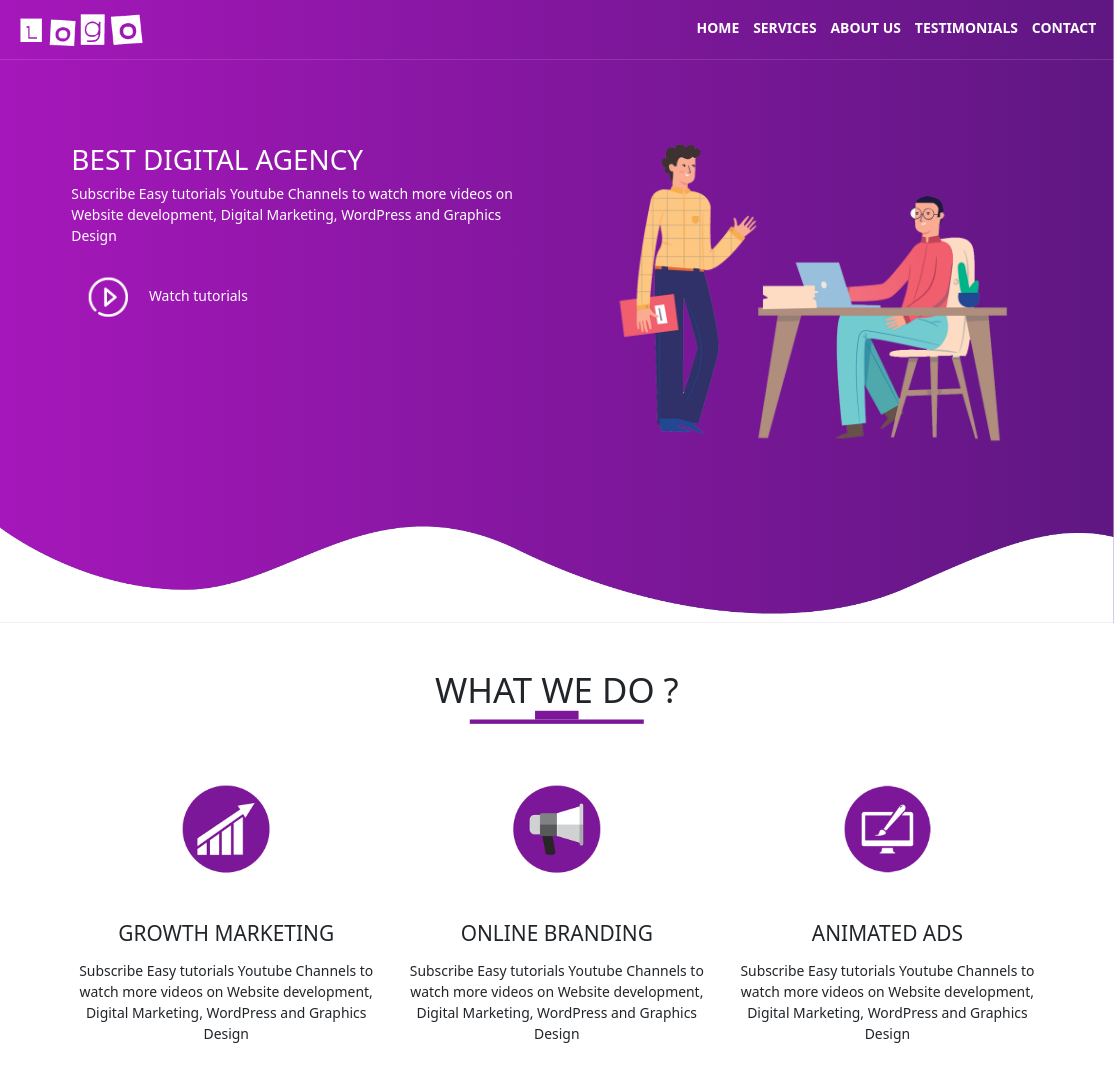
Repository: wadelfadill/Bootstrap_tache_2_website_design
Page: index.html
An editor plug-in stored every save of this project. The page is shown before and after the next save, followed by the edit.
The browser window is 1280 px wide. The pictures show the whole page, at 87% of full size.
Some web libraries are served in a nearby version.

Above is the page before, as saved 2023-04-05 16:47:19.

### index.html
<!DOCTYPE html>
<html lang="en">
<head>
    <meta charset="UTF-8">
    <meta http-equiv="X-UA-Compatible" content="IE=edge">
    <meta name="viewport" content="width=device-width, initial-scale=1.0">
    <!-- bootstrap css link -->
    <link href="https://cdn.jsdelivr.net/npm/bootstrap@5.1.3/dist/css/bootstrap.min.css" rel="stylesheet" integrity="sha384-1BmE4kWBq78iYhFldvKuhfTAU6auU8tT94WrHftjDbrCEXSU1oBoqyl2QvZ6jIW3" crossorigin="anonymous">
    <!-- css sheet link -->
    <link rel="stylesheet" href="style.css">
    <!-- fontawsome link -->
    <link rel="stylesheet" href="https://cdn.jsdelivr.net/npm/@fortawesome/fontawesome-free@6.2.1/css/fontawesome.min.css">
    <title>bootstrap_website_design</title>
    <script src="https://kit.fontawesome.com/8f130c8a35.js" crossorigin="anonymous"></script>
</head>
<body>
    <section id="nav-bar" class="sticky-top t-0">
        <nav class="navbar navbar-expand-lg navbar-light p-0">
            <div class="container-fluid">
              <a class="navbar-brand" href="#"><img src="images/demo-logo.png" alt="" class="w-75 h-50 p-2"></a>
              <button class="navbar-toggler" type="button" data-bs-toggle="collapse" data-bs-target="#navbarSupportedContent" aria-controls="navbarSupportedContent" aria-expanded="false" aria-label="Toggle navigation">
                <span><i class="fa-solid fa-bars fs-1" style="color: #ffffff;"></i></span>
              </button>
              <div class="collapse navbar-collapse justify-content-end" id="navbarSupportedContent">
                <ul class="navbar-nav ms-auto mb-2 mb-lg-0 ">
                  <li class="nav-item pt-0 pb-1 fw-bold">
                    <a class="nav-link active text-white float-end text-start" aria-current="page" href="#">HOME</a>
                  </li>
                  <li class="nav-item pt-0 pb-1 fw-bold">
                    <a class="nav-link text-white float-end text-start" href="#">SERVICES</a>
                  </li>
                  <li class="nav-item pt-0 pb-1 fw-bold">
                    <a class="nav-link text-white float-end text-start" href="#">ABOUT US</a>
                  </li>
                  <li class="nav-item pt-0 pb-1 fw-bold">
                    <a class="nav-link text-white float-end text-start" href="#">TESTIMONIALS</a>
                  </li>
                  <li class="nav-item pt-0 pb-1 fw-bold">
                    <a class="nav-link text-white float-end text-start" href="#">CONTACT</a>
                  </li>
                </ul>
              </div>
            </div>
          </nav>
    </section>
     <!--banner section  -->
     <section id="banner" class="text-white pt-5">
      <div class="container">
        <div class="row">
          <div class="col-md-6">
            <p class="h2 mt-5">BEST DIGITAL AGENCY</p>
            <p>
              Subscribe Easy tutorials Youtube Channels to watch more videos on
              Website development, Digital Marketing, WordPress and Graphics Design
            </p>
            <a href="" class="tuto text-white text-decoration-none"><img src="images/play.png" alt="" class="play-btn"> Watch tutorials</a>
          </div>
          <div class="col-md-6 text-center">
            <img src="images/home2.png" alt="" class="img-fluid">
          </div>
        </div>
      </div>
     <img src="images/wave1.png" alt="" class="w-100">
     </section>
     <!-- services section -->
     <section id="services" class="pt-5 pb-0">
        <div class="container text-center">
          <h1 class="title text-center">WHAT WE DO ? </h1>
          <div class="row text-center">
            <div class="col-md-4 p-3">
              <img src="images/service1.png" alt="" class="service-img">
              <h4 class="p-2 mt-5 text-uppercase">Growth Marketing</h4>
              <p>
                Subscribe Easy tutorials Youtube Channels to watch more videos on
                Website development, Digital Marketing, WordPress and Graphics Design
              </p>
            </div>
            <div class="col-md-4 p-3">
              <img src="images/service2.png" alt="" class="service-img">
              <h4 class="p-2 mt-5 text-uppercase">Online Branding</h4>
              <p>
                Subscribe Easy tutorials Youtube Channels to watch more videos on
                Website development, Digital Marketing, WordPress and Graphics Design
              </p>
            </div>
            <div class="col-md-4 p-3">
              <img src="images/service3.png" alt="" class="service-img">
              <h4 class="p-2 mt-5 text-uppercase">Animated Ads</h4>
              <p>
                Subscribe Easy tutorials Youtube Channels to watch more videos on
                Website development, Digital Marketing, WordPress and Graphics Design
              </p>
            </div>
          </div>
        </div>
     </section>


        <!-- bootstrap js link -->
    <script src="https://cdn.jsdelivr.net/npm/bootstrap@5.1.3/dist/js/bootstrap.bundle.min.js" integrity="sha384-ka7Sk0Gln4gmtz2MlQnikT1wXgYsOg+OMhuP+IlRH9sENBO0LRn5q+8nbTov4+1p" crossorigin="anonymous"></script>
</body>
</html>

### style.css
*{
    margin: 0;
    padding: 0;
}
.navbar{
    background-image: linear-gradient(to right, #a517ba, #5f1782);
}
.navbar-toggler{
    outline: none !important;
}
/* Banner section */
#banner{
    background-image: linear-gradient(to right, #a517ba, #5f1782);


}
.play-btn{
    width: 45px;
    margin: 20px;
}
.service-img{
    width: 100px;
    margin-top: 20px;
}
.title::before{
    content: '';
    background: #7b1798;
    height: 5px;
    width: 200px;
    margin-left: auto;
    margin-right: auto;
    display: block;
    transform: translateY(63px);
}
.title::after{
    content: '';
    background: #7b1798;
    height: 10px;
    width: 50px;
    margin-left: auto;
    margin-right: auto;
    margin-bottom: 40px;
    display: block;
    transform: translateY(px);
}

After the next save:
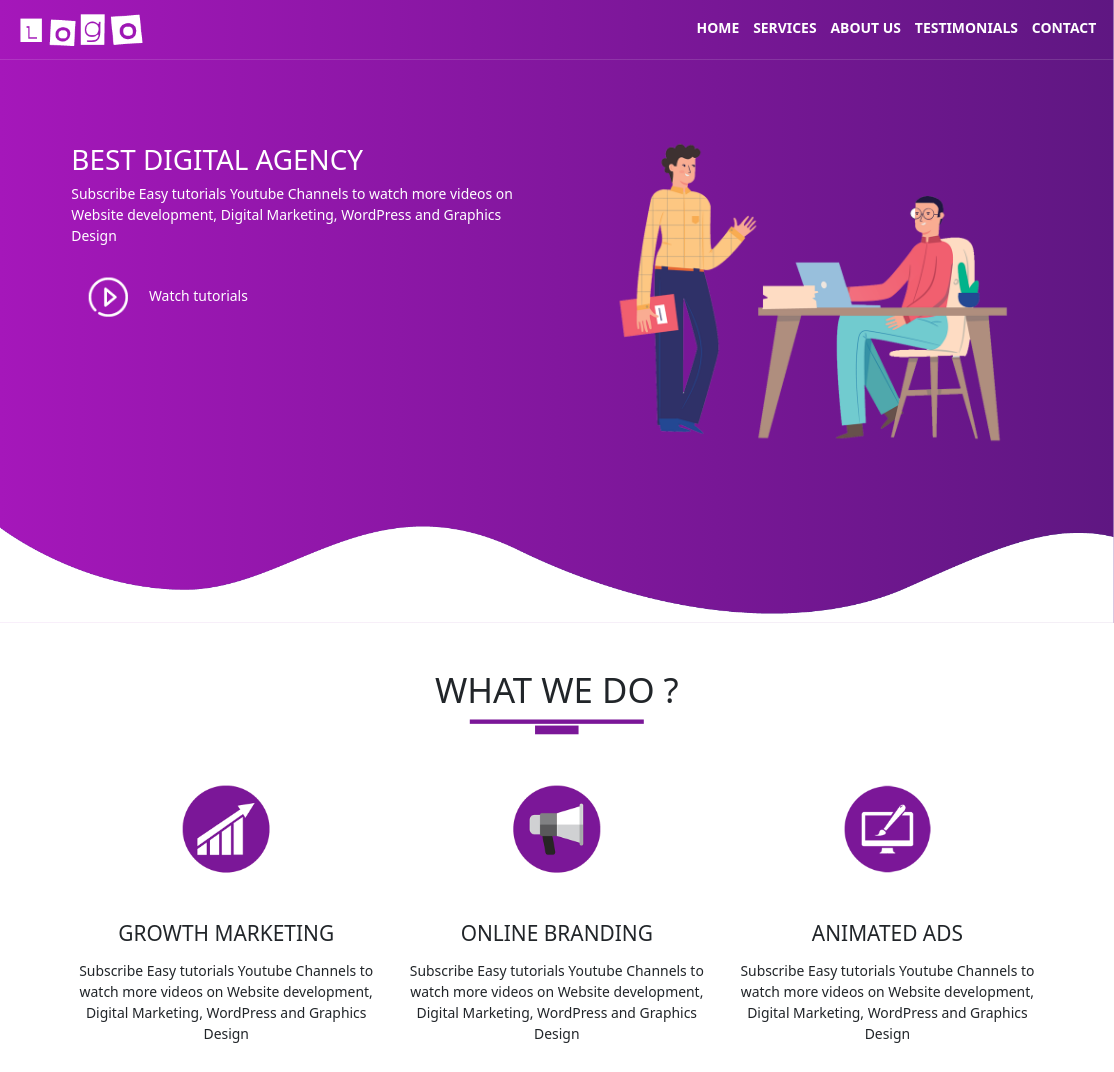
Saved 5 s later.
--- a/style.css
+++ b/style.css
@@ -41,5 +41,5 @@
     margin-right: auto;
     margin-bottom: 40px;
     display: block;
-    transform: translateY(px);
+    transform: translateY(17px);
 }
